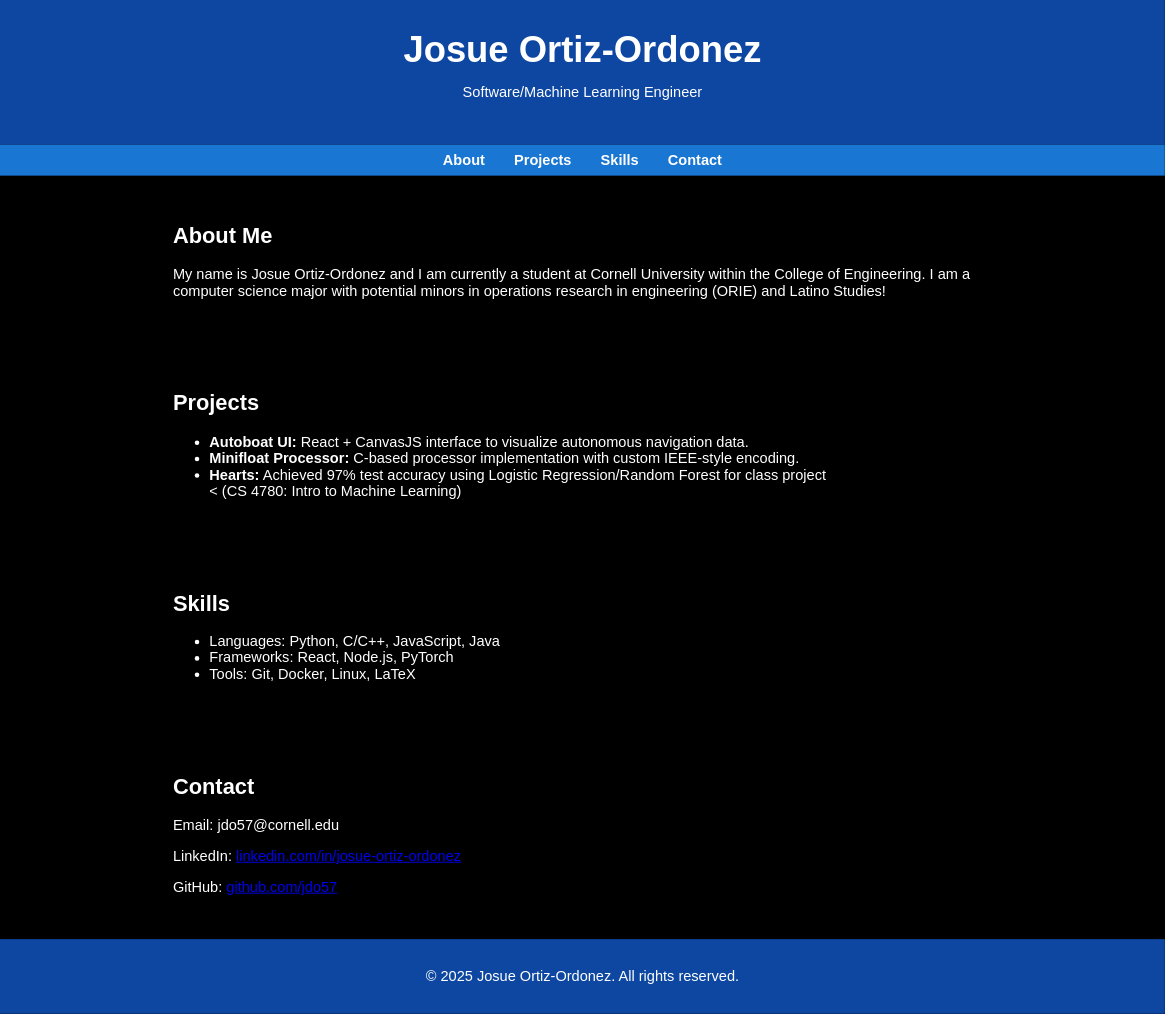
Repository: jdo57/Website
Page: index.html
An editor plug-in stored every save of this project. The page is shown before and after a run of saves, followed by the edit.
The browser window is 1280 px wide. The pictures show the whole page, at 91% of full size.

Above is the page before, as saved 2025-05-26 01:20:17.

After the next 3 saves:
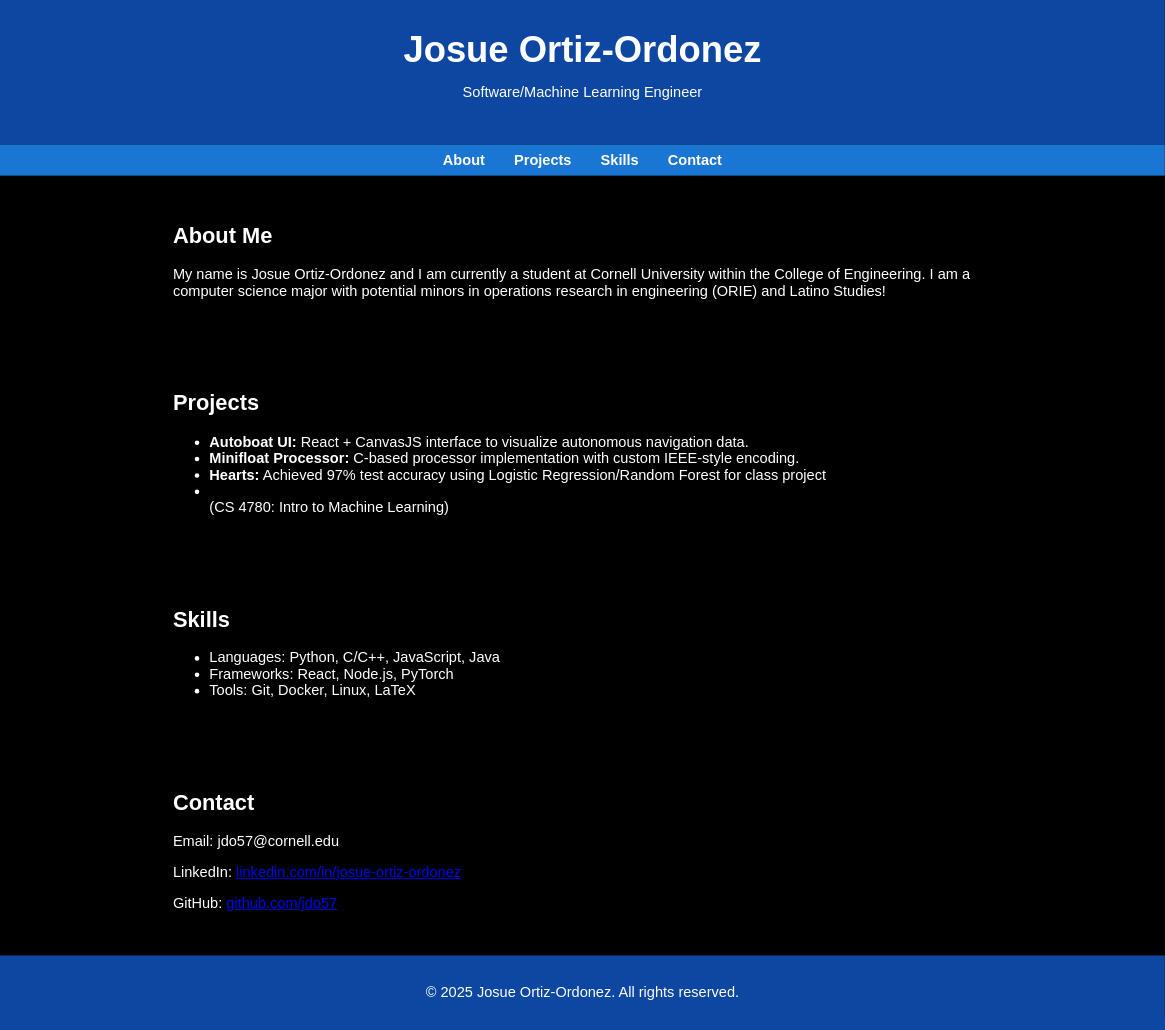
The 3 saves are shown as one change because they came seconds apart.
The last was saved 9 s later.
--- a/index.html
+++ b/index.html
@@ -93,7 +93,7 @@
       <li><strong>Minifloat Processor:</strong> C-based processor implementation with custom IEEE-style encoding.</li>
       <li><strong>Hearts:</strong> Achieved 97% test accuracy using Logistic Regression/Random Forest for
       class project </li>
-     < (CS 4780: Intro to Machine Learning)
+     <li></li> (CS 4780: Intro to Machine Learning)
     </ul>
   </section>
 

After the 2 saves that followed:
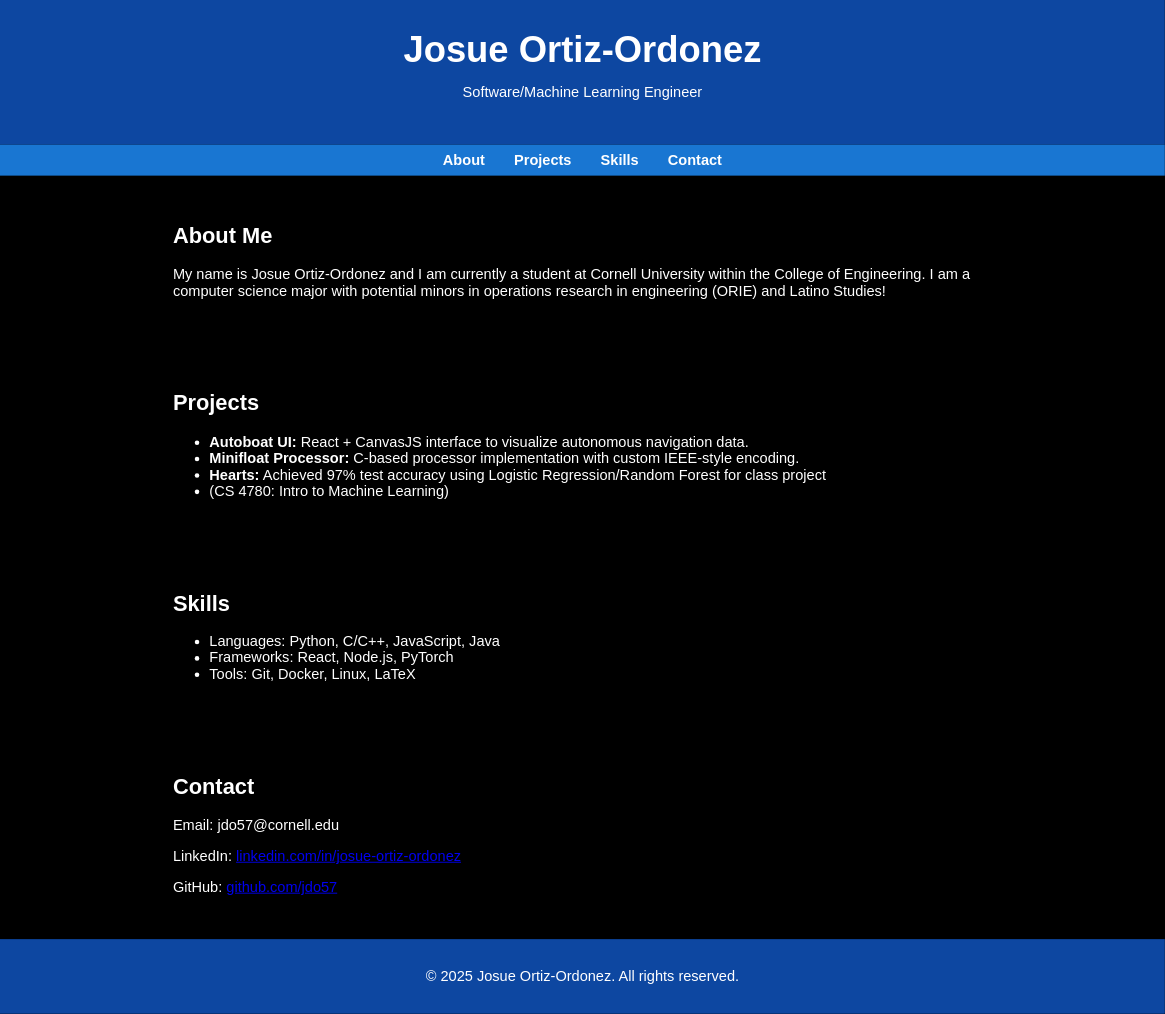
The 2 saves are shown as one change because they came seconds apart.
The last was saved 7 s later.
--- a/index.html
+++ b/index.html
@@ -93,7 +93,7 @@
       <li><strong>Minifloat Processor:</strong> C-based processor implementation with custom IEEE-style encoding.</li>
       <li><strong>Hearts:</strong> Achieved 97% test accuracy using Logistic Regression/Random Forest for
       class project </li>
-     <li></li> (CS 4780: Intro to Machine Learning)
+     <li> (CS 4780: Intro to Machine Learning) </li>
     </ul>
   </section>
 
